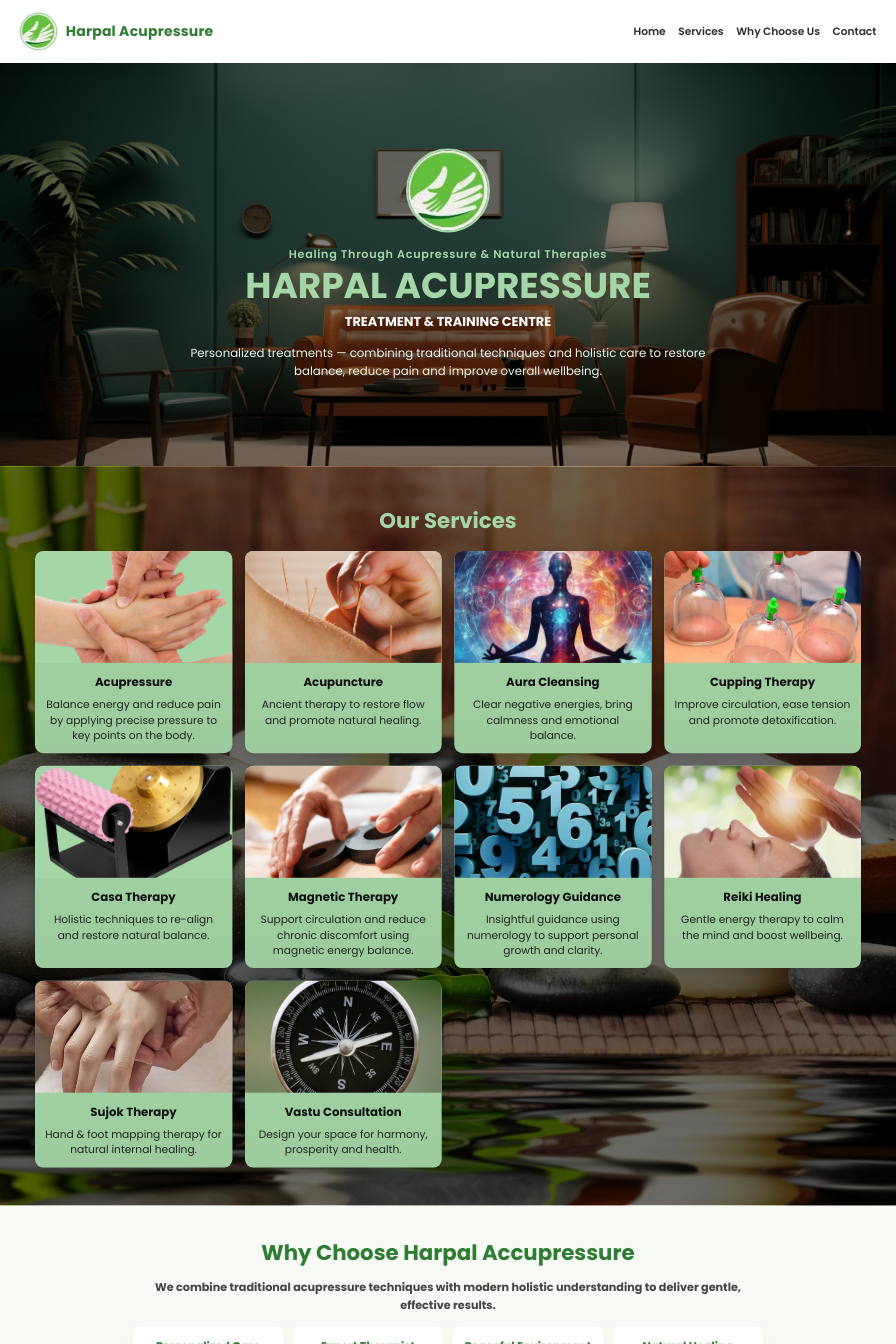
Repository: swasthiik/my-websites
Page: index.html
These files come from the project's save history. The page is drawn as it stood at one moment and after the next save; the edit follows.
The browser window is 1280 px wide. The pictures show the part of the page from y = 0 to 1920 px (the page is 3332 px tall), at 70% of full size.

Above is the page before, as saved 2025-10-13 00:57:44.

### index.html
<!DOCTYPE html>
<html lang="en">
<head>
  <meta charset="utf-8" />
  <meta name="viewport" content="width=device-width,initial-scale=1" />
  <title>Harpal Acupressure — Healing & Wellness</title>

  <link href="https://fonts.googleapis.com/css2?family=Poppins:wght@300;400;600;700&display=swap" rel="stylesheet">

  <style>
    :root{
      --green:#2e7d32;
      --accent:#a5d6a7;
      --bg:#f8f9f4;
      --dark:#111;
      --muted:#4a7535;
    }

    *{box-sizing:border-box;margin:0;padding:0}
    html,body{height:100%}
    body{
      font-family: "Poppins", system-ui, -apple-system, "Segoe UI", Roboto, "Helvetica Neue", Arial;
      background:var(--bg);
      color:#222;
      -webkit-font-smoothing:antialiased;
      -moz-osx-font-smoothing:grayscale;
      line-height:1.6;
      scroll-behavior:smooth;
    }

    /* header */
    header{
      background:#fff;
      box-shadow:0 4px 18px rgba(15,15,15,0.06);
      padding:18px 28px;
      display:flex;
      align-items:center;
      justify-content:space-between;
      position:sticky;
      top:0;
      z-index:1000;
    }
    .logo-row{display:flex;gap:12px;align-items:center}
    .logo-row img{width:54px;height:54px;border-radius:50%;object-fit:cover;border:2px solid var(--accent);background:#fff}
    .site-title{font-weight:700;color:var(--green);font-size:1.25rem;letter-spacing:0.3px}
    nav ul{display:flex;gap:18px;list-style:none}
    nav a{color:#222;text-decoration:none;font-weight:600;font-size:0.95rem;opacity:0.95}
    nav a:hover{color:var(--green)}

    /* hero (bigger) */
    .hero{
      min-height:80vh; /* slightly larger hero */
      display:flex;
      align-items:center;
      justify-content:center;
      text-align:center;
      padding:60px 20px;
      position:relative;
      background: url('images/background.png') center/cover no-repeat;
      background-size:cover;
      color:#fff;
    }
    .hero::before{content:"";position:absolute;inset:0;background:rgba(0,0,0,0.5)}
    .hero-inner{position:relative;z-index:2;max-width:1200px;padding:30px}
    .hero-logo{width:120px;height:120px;border-radius:50%;border:3px solid var(--accent);background:#fff;object-fit:cover;margin:0 auto 18px;display:block}
    .hero .kicker{font-weight:600;color:var(--accent);letter-spacing:1px;margin-bottom:6px}
    .hero h1{font-size:3.2rem;color:var(--accent);font-weight:800;margin-bottom:10px;line-height:1.05}
    .hero h2{font-size:1.15rem;color:#fff;font-weight:600;margin-bottom:16px}
    .hero p{max-width:760px;margin:0 auto;color:#eaf6ef;font-size:1.05rem}

    /* services - grid 4 per row on large screens */
    #services{
      position:relative;
      padding:48px 20px;
      background: url('images/background2.jpg') center/cover no-repeat;
      color:#fff;
      text-align:center;
      overflow:hidden;
    }
    #services::before{content:"";position:absolute;inset:0;background:rgba(0,0,0,0.58)}
    #services .inner{position:relative;z-index:2;max-width:1200px;margin:0 auto;padding:6px 10px}
    #services h2{color:var(--accent);font-size:1.9rem;margin-bottom:18px;font-weight:700}
    .services-grid{
      display:grid;
      grid-template-columns: repeat(4, 1fr); /* 4 across on desktop */
      gap:18px;
      margin-top:12px;
    }
    .service-card{
      background:var(--accent);
      border-radius:12px;
      overflow:hidden;
      box-shadow:0 6px 18px rgba(0,0,0,0.18);
      transition:transform .28s ease,box-shadow .28s ease;
      display:flex;flex-direction:column;
    }
    .service-card:hover{transform:translateY(-6px);box-shadow:0 10px 28px rgba(0,0,0,0.26)}
    .service-card img{width:100%;height:160px;object-fit:cover;display:block}
    .svc-body{padding:14px;flex:1;display:flex;flex-direction:column;justify-content:flex-start;background:linear-gradient(180deg, rgba(0,0,0,0.03), rgba(0,0,0,0.05))}
    .svc-title{color:var(--dark);font-weight:700;font-size:1.05rem;margin-bottom:8px}
    .svc-text{color:#222;font-size:0.95rem;line-height:1.45}

    /* why choose us (cards look) */
    #why{padding:44px 18px;background:#f7faf5;text-align:center}
    #why .wrap{max-width:900px;margin:0 auto}
    #why h2{color:var(--green);font-size:1.9rem;margin-bottom:12px;font-weight:700}
    #why p{color:#444;margin-bottom:14px;font-size:1rem}
    .why-grid{display:grid;grid-template-columns:repeat(auto-fit,minmax(200px,1fr));gap:14px;max-width:980px;margin:18px auto 0}
    .why-card{background:#fff;padding:16px;border-radius:10px;box-shadow:0 6px 16px rgba(10,10,10,0.04)}
    .why-card strong{display:block;color:var(--green);margin-bottom:6px}
    .why-card p{color:#555;font-size:0.95rem}

    /* contact */
    #contact{
      padding:44px 20px;background: url('images/background3.jpg') center/cover no-repeat;color:#fff;position:relative;
    }
    #contact::before{content:"";position:absolute;inset:0;background:rgba(0,0,0,0.6)}
    #contact .inner{position:relative;z-index:2;max-width:1100px;margin:0 auto;display:flex;gap:28px;flex-wrap:wrap;align-items:flex-start;justify-content:center}
    .contact-left{flex:0 0 260px;text-align:center}
    .contact-left img{width:140px;height:140px;object-fit:contain;border-radius:12px;border:3px solid rgba(255,255,255,0.12);background:#fff;margin-bottom:10px}
    .contact-left p{color:#ddd;font-weight:600}
    .contact-right{flex:1 1 420px;background:rgba(255,255,255,0.06);padding:18px;border-radius:10px}
    .contact-right .name{font-weight:800;color:var(--accent);font-size:1.05rem;margin-bottom:6px}
    .contact-right .title{font-weight:700;color:#f1f1f1;margin-bottom:12px}
    .contact-right .info p{color:#f0f0f0;margin-bottom:8px}
    .contact-right .info a{color:#f0f0f0;text-decoration:none;font-weight:700}
    .contact-actions{display:flex;gap:10px;margin-top:12px;flex-wrap:wrap}
    .btn{display:inline-block;padding:10px 14px;border-radius:8px;text-decoration:none;font-weight:700}
    .btn-call{background:var(--green);color:#fff}
    .btn-wa{background:#43a047;color:#fff}

    /* final healing line */
    .final-line{background:#f4f6ef;padding:26px 18px;text-align:center;color:var(--muted);font-style:italic;margin-top:8px}

    /* footer */
    footer{background:#111;padding:36px 18px;color:#ddd}
    .foot-inner{max-width:1100px;margin:0 auto;display:flex;gap:20px;flex-wrap:wrap;justify-content:space-between;align-items:flex-start}
    .col{flex:1;min-width:200px;text-align:left}
    .col h4{color:var(--accent);margin-bottom:8px}
    .col p, .col a{color:#ccc;font-size:0.95rem;text-decoration:none;display:block;margin:6px 0}
    .map-small{width:260px;height:180px;border-radius:10px;border:0;box-shadow:0 4px 10px rgba(0,0,0,0.3)}
    .map-link{text-align:center;margin-top:8px}
    .map-link a{color:#a5d6a7;text-decoration:none;font-weight:700}
    .copyright{text-align:center;color:#888;margin-top:18px;font-size:0.95rem}

    /* responsive breakpoints */
    @media (max-width:1200px){
      .services-grid{grid-template-columns: repeat(3, 1fr);}
      .hero h1{font-size:2.8rem}
    }
    @media (max-width:900px){
      nav ul{display:none}
      .services-grid{grid-template-columns: repeat(2, 1fr);}
      .hero h1{font-size:2.4rem}
      .contact-left{order:2;text-align:left}
      .contact-right{order:1}
    }
    @media (max-width:480px){
      .services-grid{grid-template-columns: 1fr;}
      .hero h1{font-size:2rem}
      .map-small{width:100%;height:180px}
      .col{text-align:center}
    }
  </style>
</head>

<body>
  <!-- header -->
  <header>
    <div class="logo-row">
      <img src="images/logo.jpg" alt="Harpal logo">
      <div class="site-title">Harpal Acupressure</div>
    </div>

    <nav>
      <ul>
        <li><a href="#home">Home</a></li>
        <li><a href="#services">Services</a></li>
        <li><a href="#why">Why Choose Us</a></li>
        <li><a href="#contact">Contact</a></li>
      </ul>
    </nav>
  </header>

  <!-- hero -->
  <section id="home" class="hero" role="banner" aria-label="Harpal Acupressure Hero">
    <div class="hero-inner">
      <img src="images/logo.jpg" alt="Harpal logo" class="hero-logo">
      <div class="kicker">Healing Through Acupressure &amp; Natural Therapies</div>
      <h1><strong>HARPAL ACUPRESSURE</strong></h1>
      <h2><strong>TREATMENT &amp; TRAINING CENTRE</strong></h2>
      <p>Personalized treatments — combining traditional techniques and holistic care to restore balance, reduce pain and improve overall wellbeing.</p>
    </div>
  </section>

  <!-- services -->
  <section id="services" aria-labelledby="services-title">
    <div class="inner">
      <h2 id="services-title"><strong>Our Services</strong></h2>

      <div class="services-grid">
        <!-- 10 services with images (make sure these images exist in images/ folder) -->
        <div class="service-card">
          <img src="images/service1.jpg" alt="Acupressure">
          <div class="svc-body">
            <div class="svc-title"><strong>Acupressure</strong></div>
            <div class="svc-text">Balance energy and reduce pain by applying precise pressure to key points on the body.</div>
          </div>
        </div>

        <div class="service-card">
          <img src="images/service2.jpg" alt="Acupuncture">
          <div class="svc-body">
            <div class="svc-title"><strong>Acupuncture</strong></div>
            <div class="svc-text">Ancient therapy to restore flow and promote natural healing.</div>
          </div>
        </div>

        <div class="service-card">
          <img src="images/service3.jpg" alt="Aura Cleansing">
          <div class="svc-body">
            <div class="svc-title"><strong>Aura Cleansing</strong></div>
            <div class="svc-text">Clear negative energies, bring calmness and emotional balance.</div>
          </div>
        </div>

        <div class="service-card">
          <img src="images/service4.jpg" alt="Cupping Therapy">
          <div class="svc-body">
            <div class="svc-title"><strong>Cupping Therapy</strong></div>
            <div class="svc-text">Improve circulation, ease tension and promote detoxification.</div>
          </div>
        </div>

        <div class="service-card">
          <img src="images/service5.jpg" alt="Casa Therapy">
          <div class="svc-body">
            <div class="svc-title"><strong>Casa Therapy</strong></div>
            <div class="svc-text">Holistic techniques to re-align and restore natural balance.</div>
          </div>
        </div>

        <div class="service-card">
          <img src="images/service6.jpg" alt="Magnetic Therapy">
          <div class="svc-body">
            <div class="svc-title"><strong>Magnetic Therapy</strong></div>
            <div class="svc-text">Support circulation and reduce chronic discomfort using magnetic energy balance.</div>
          </div>
        </div>

        <div class="service-card">
          <img src="images/service7.jpg" alt="Numerology Guidance">
          <div class="svc-body">
            <div class="svc-title"><strong>Numerology Guidance</strong></div>
            <div class="svc-text">Insightful guidance using numerology to support personal growth and clarity.</div>
          </div>
        </div>

        <div class="service-card">
          <img src="images/service8.jpg" alt="Reiki Healing">
          <div class="svc-body">
            <div class="svc-title"><strong>Reiki Healing</strong></div>
            <div class="svc-text">Gentle energy therapy to calm the mind and boost wellbeing.</div>
          </div>
        </div>

        <div class="service-card">
          <img src="images/service9.jpg" alt="Sujok Therapy">
          <div class="svc-body">
            <div class="svc-title"><strong>Sujok Therapy</strong></div>
            <div class="svc-text">Hand & foot mapping therapy for natural internal healing.</div>
          </div>
        </div>

        <div class="service-card">
          <img src="images/service10.jpg" alt="Vastu Consultation">
          <div class="svc-body">
            <div class="svc-title"><strong>Vastu Consultation</strong></div>
            <div class="svc-text">Design your space for harmony, prosperity and health.</div>
          </div>
        </div>
      </div>
    </div>
  </section>

  <!-- why choose us -->
  <section id="why">
    <div class="wrap">
      <h2><strong>Why Choose Harpal Accupressure</strong></h2>
      <p><strong>We combine traditional acupressure techniques with modern holistic understanding to deliver gentle, effective results.</strong></p>

      <div class="why-grid">
        <div class="why-card"><strong>Personalized Care</strong><p>Each therapy plan is tailored to your needs.</p></div>
        <div class="why-card"><strong>Expert Therapist</strong><p>Gold & Diamond Medalist with years of experience.</p></div>
        <div class="why-card"><strong>Peaceful Environment</strong><p>Calm, clean and comfortable treatment setting.</p></div>
        <div class="why-card"><strong>Natural Healing</strong><p>Non-invasive treatments focused on lasting wellness.</p></div>
        <div class="why-card"><strong>Proven Results</strong><p>Trusted care with many satisfied patients.</p></div>
      </div>
    </div>
  </section>

  <!-- contact -->
  <section id="contact" aria-label="Contact">
    <div class="inner">
      <div class="contact-left">
        <p><strong>Connect on Social</strong></p>
        <img src="images/QR1.png" alt="QR1" style="width:110px;margin:6px">
        <img src="images/QR2.png" alt="QR2" style="width:110px;margin:6px">
      </div>

      <div class="contact-right" role="contentinfo">
        <div class="name"><strong>DR. DIPALI PREMALKUMAR PATEL</strong></div>
        <div class="title"><strong>MARMA MAGNETIC &amp; SUJOK THERAPIST</strong></div>

        <div class="info">
          <p><strong>Address:</strong><br>
            Shop No. 3, Samanvay North Park,<br>
            Opp Darshanam King Square,<br>
            Ankodiya Road, Panchvati, Vadodara, Gujarat - 390016
          </p>

          <p><strong>Phone:</strong><br>
            <a href="tel:+9189980455518">+91 98980 45518</a> &nbsp; | &nbsp;
            <a href="tel:+918866556830">+91 88665 56830</a>
          </p>

          <p><strong>Email:</strong><br>
            <a href="mailto:info@harpalaccupressure.com">info@harpalaccupressure.com</a>
          </p>

          <p><strong>Website:</strong><br>
            <a href="http://www.harpalaccupressure.com" target="_blank">www.harpalaccupressure.com</a>
          </p>
        </div>

        <div class="contact-actions">
          <a class="btn btn-call" href="tel:+9189980455518">📞 Call</a>
          <a class="btn btn-wa" href="https://wa.me/918866556830" target="_blank">💬 WhatsApp</a>
        </div>
      </div>
    </div>
  </section>

  <div class="final-line">
    <strong>
      A PLACE OF HEALING, RELAXATION, HOLISTIC WELLNESS, AND POSITIVE ENERGY —
      DEDICATED TO HEALTH, HAPPINESS, AND WELL-BEING.
    </strong>
  </div>

  <!-- footer with centered address & map -->
  <footer>
    <div class="foot-inner">
      <div class="col">
        <h4>Follow Us</h4>
        <p><a href="https://www.instagram.com/harpal_acupressure?igsh=ZXc2aDUwODRuYjJh" target="_blank" rel="noopener noreferrer">Instagram</a></p>
        <p><a href="https://www.facebook.com/share/1BRri4cidH/" target="_blank" rel="noopener noreferrer">Facebook</a></p>
      </div>

      <div class="col" style="text-align:center">
        <h4>Clinic Address</h4>
        <p>Shop No. 3, Samanvay North Park,<br>Opp Darshanam King Square,<br>Ankodiya Road, Vadodara, Gujarat - 390016</p>

        <!-- small centered map (same style as earlier) -->
        <iframe class="map-small" src="https://www.google.com/maps/embed?pb=!1m18!1m12!1m3!1d3717.0578831698593!2d73.14796207522617!3d22.315689379684028!2m3!1f0!2f0!3f0!3m2!1i1024!2i768!4f13.1!3m3!1m2!1s0x395fc9e4e92f2c0b%3A0xd03477b305ba8028!2sSamanvay%20North%20Park!5e0!3m2!1sen!2sin!4v1728761234567!5m2!1sen!2sin" allowfullscreen="" loading="lazy" referrerpolicy="no-referrer-when-downgrade"></iframe>

        <div class="map-link">
          <a href="https://maps.app.goo.gl/6wJNQphf7XSe5wKk8" target="_blank" rel="noopener noreferrer">📍 Open in Google Maps</a>
        </div>
      </div>

      <div class="col" style="text-align:right">
        <h4>Quick Links</h4>
        <p><a href="#services">Services</a></p>
        <p><a href="#why">Why Choose Us</a></p>
        <p><a href="#contact">Contact</a></p>
      </div>
    </div>

    <div class="copyright">
      © 2025 Harpal Acupressure | All Rights Reserved
    </div>
  </footer>
</body>
</html>

After the next save:
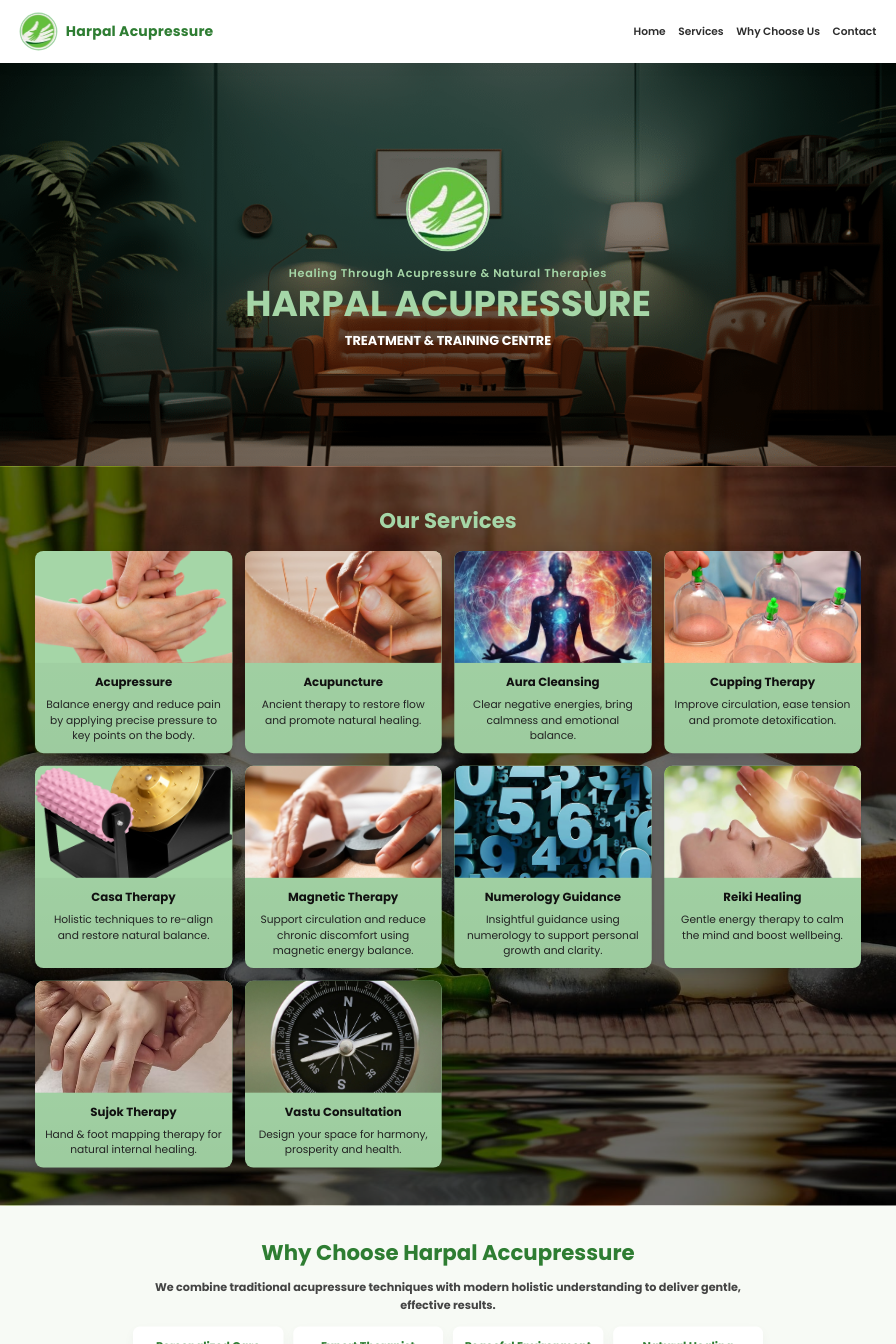
Saved 46 s later.
--- a/index.html
+++ b/index.html
@@ -189,7 +189,6 @@
       <div class="kicker">Healing Through Acupressure &amp; Natural Therapies</div>
       <h1><strong>HARPAL ACUPRESSURE</strong></h1>
       <h2><strong>TREATMENT &amp; TRAINING CENTRE</strong></h2>
-      <p>Personalized treatments — combining traditional techniques and holistic care to restore balance, reduce pain and improve overall wellbeing.</p>
     </div>
   </section>
 
